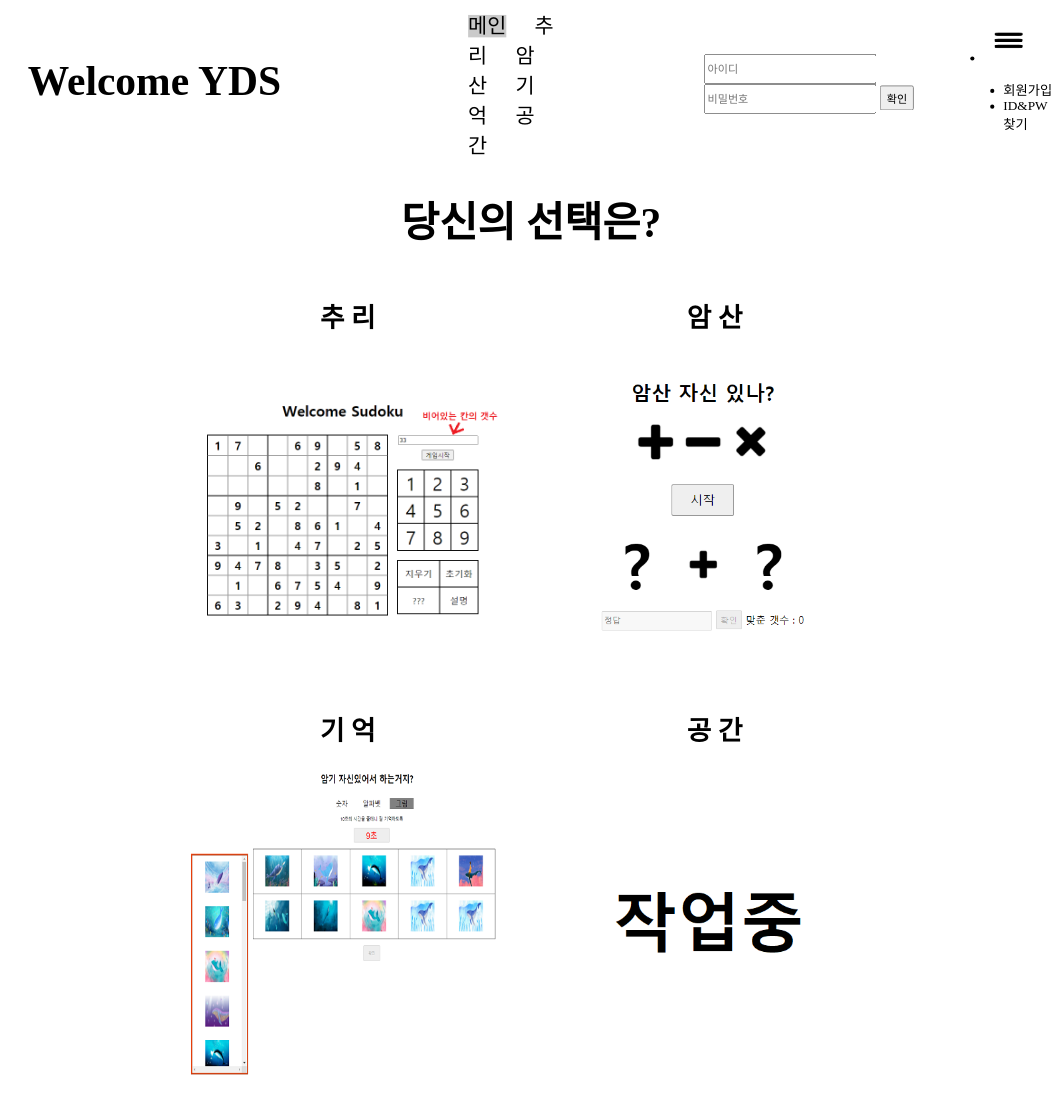
Repository: ejrtn/springbootMaven
Page: deoksu/src/main/resources/static/main.html
An editor plug-in stored every save of this project. The page is shown before and after the next save, followed by the edit.
The browser window is 1280 px wide. The pictures show the whole page, at 83% of full size.

Above is the page before, as saved 2021-04-10 15:58:17.

After the next save:
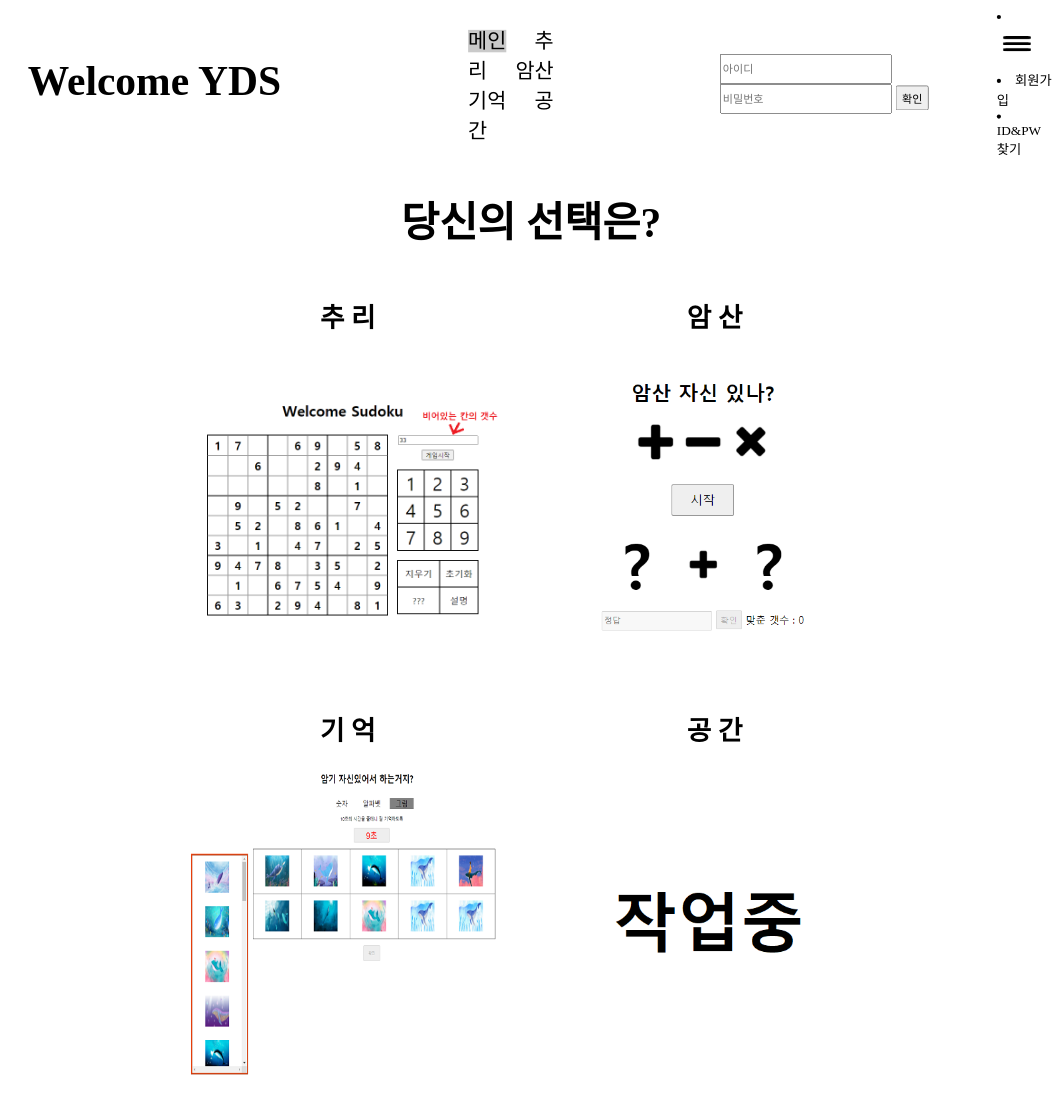
Saved 5 s later.
--- a/deoksu/src/main/resources/static/main.html
+++ b/deoksu/src/main/resources/static/main.html
@@ -46,10 +46,8 @@
 				</td>
 				<td style="padding-left: 50px;">
 					<li><img src="images/main_img/menu.png" style="width: 50px; height: 50px; margin-left: 10px; list-style:none; margin: 0px;padding: 0px;" onclick="menu()">
-						<ul>
 							<li><label onmouseover="join(1)" onmouseout="join(2)" id="join" style="list-style: none; margin: 0px;padding: 0px;">회원가입</label></li>
 							<li><label onmouseover="idpw(1)" onmouseout="idpw(2)" id="idpw" style="list-style: none; margin: 0px;padding: 0px;">ID&PW찾기</label></li>
-						</ul>
 					</li>
 				</td>
 			</tr>
